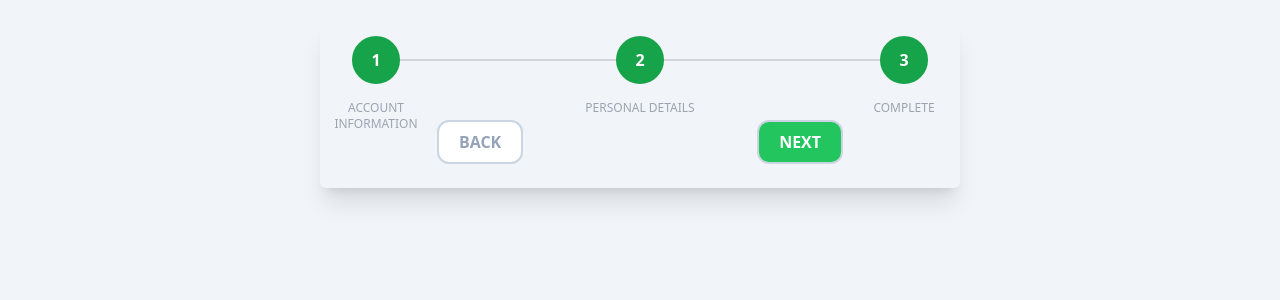
Repository: OmniaRafat232111121/reactstepper
Page: /
The author's editor kept a copy of each file at every save. The page is drawn from the files as they stood at one save, then again after the next save.
The browser window is 1280 px wide. The pictures show the whole page.
The project was rebuilt for these pictures with package versions that can differ from the ones it lists, and the page was loaded fresh each time. Also part of the build but not shown: src/App.css, src/Component/steps/Account.js, src/Component/steps/Details.js, src/Component/steps/Final.js.

Above is the page before, as saved 2023-02-22 12:45:42.

After the next save:
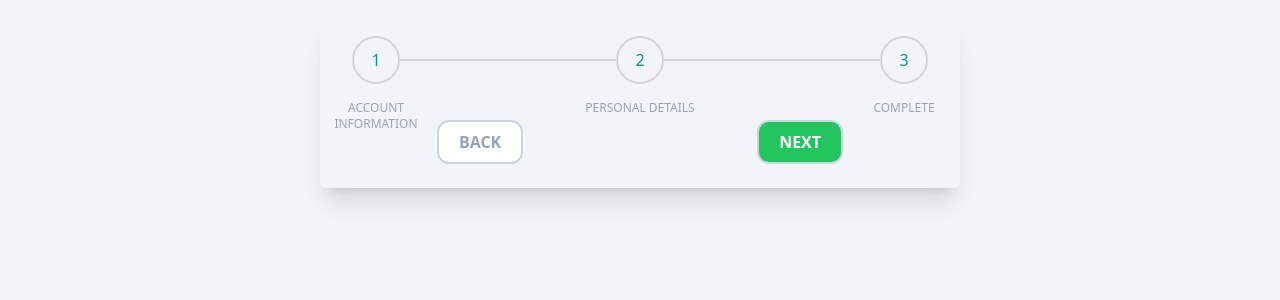
Saved 9 s later.
--- a/src/Component/Stepper.js
+++ b/src/Component/Stepper.js
@@ -78,7 +78,7 @@ const Stepper = ({ steps, currentStep }) => {
             className={`rounded-full transition duration-500 ease-in-out border-2 border-gray-300 h-12 w-12 flex items-center justify-center py-3  ${
               step.selected
                 ?  " bg-green-600 text-white font-bold border  border-green-600  " :
-                " bg-green-600 text-white font-bold border border-green-600 "
+                " "
 
             }`}
           >
